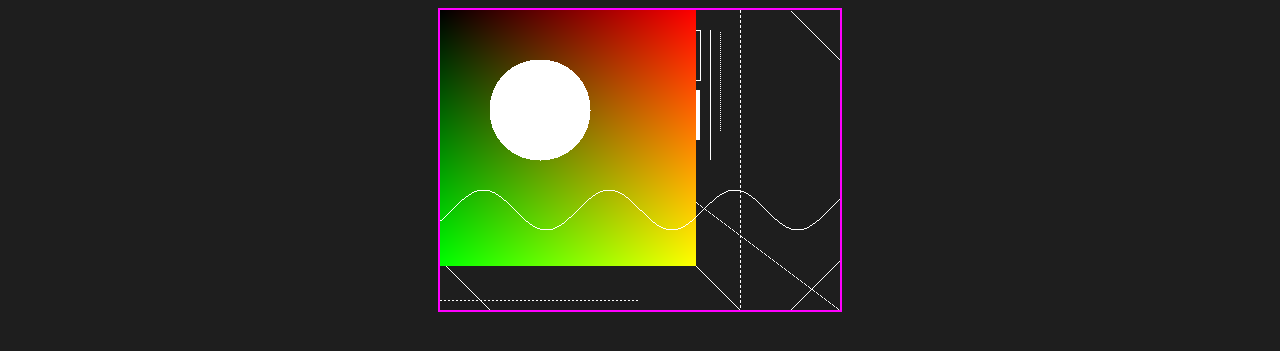
Repository: StarLightGX/miao
Page: paint.html
These files come from the project's save history. The page is drawn as it stood at one moment and after the next save; the edit follows.
The browser window is 1280 px wide. The pictures show the whole page.

Above is the page before, as saved 2020-11-13 17:30:02.

### paint.html
<!DOCTYPE html>
<html lang="en">
  <head>
    <meta charset="UTF-8" />
    <title>画图</title>
    <style>
      html {
        background-color: rgb(30, 30, 30);
      }
      canvas {
        border: 2px solid #f0f;
        display: block;
        margin: auto;
      }
    </style>
  </head>
  <body>
    <canvas width="400" height="300"></canvas>
  </body>
  <script>
    var canvas = document.querySelector("canvas");
    canvas.style.imageRendering = "pixelated";
    var ctx = canvas.getContext("2d");

    function dot(x, y, color = "white") {
      x = x | 0;
      y = y | 0;
      ctx.fillStyle = color;
      ctx.fillRect(x, y, 1, 1);
    }

    function line(x1, y1, x2, y2) {
      ctx.strokeStyle = "black";
      ctx.moveTo(x1, y1);
      ctx.lineTo(x2, y2);
      ctx.stroke();
    }
    /**
   * YOUR TASK
画图的题：
画一条实线
画一条一个实点一个空点的虚线
画一条两个实点两个空点的虚线
画一条三个实点两个空点的虚线
画一条45度的斜线
画一条30度的斜线（选做）
在四个角画分别画一条45度的斜线以让画面看起来像一个相框
画一条跨越画布左上角和右下角的对角线
画一个空心矩形
画一个实心矩形
画一个rgb色彩空间的某一面
画一个空心的圆
画一个实心的圆
画一个大小合适的sin(x)的图像
   */
  </script>
  <script>
    // YOUR CODE GOES BELOW
    var x = 1;
    var y = 1;
    var i = 0;

    // 画一条实线
    for (y = 20; y < 150; y++) {
      x = 270;
      dot(x, y);
    }

    // 画一条一个实点一个空点的虚线
    y = 20;
    for (i = 0; i < 50; i++) {
      y = y + 2;
      x = 280;
      dot(x, y);
    }

    // 画一条两个实点两个空点的虚线
    for (var x = 0; x < 200; x++) {
      if (x % 4 < 2) {
        dot(x, 290);
      }
    }

    // for (i = 0; i < 50; i++) {
    //   y = 4 * (i + 1);
    //   x = 290;
    //   dot(x, y);
    // }

    // for (i = 0; i < 50; i++) {
    //   y = 4 * (i + 1) + 1;
    //   x = 290;
    //   dot(x, y);
    // }

    // 画一条三个实点两个空点的虚线

    for (i = 0; i < 100; i++) {
      y = 5 * (i + 1);
      x = 300;
      dot(x, y - 10);
    }

    for (i = 0; i < 100; i++) {
      y = 5 * (i + 1) + 1;
      x = 300;
      dot(x, y - 10);
    }

    for (i = 0; i < 100; i++) {
      y = 5 * (i + 1) + 2;
      x = 300;
      dot(x, y - 10);
    }

    // 画一条45度的斜线
    y = 0;
    for (i = 0; i < 1050; i++) {
      y = y + 1;
      x = y;
      dot(x, y);
    }
    // 画一条30度的斜线（选做）
    for (var x = 0; x < 200; x++) {
      var y = x / Math.sqrt(3);
      dot(x, y);
    }

    // 在四个角画分别画一条45度的斜线以让画面看起来像一个相框
    y = 0;
    for (i = 0; i < 1050; i++) {
      y = y + 1;
      x = y;
      dot(x - 250, y);
    }
    y = 0;
    for (i = 0; i < 1050; i++) {
      y = y + 1;
      x = y;
      dot(x + 350, y);
    }
    y = 0;
    for (i = 0; i < 1050; i++) {
      y = y + 1;
      x = -y;
      dot(x + 50, y);
    }
    y = 0;
    for (i = 0; i < 1050; i++) {
      y = y + 1;
      x = -y;
      dot(x + 650, y);
    }

    // 画一条跨越画布左上角和右下角的对角线
    y = 0;
    for (i = 0; i < 500; i++) {
      y = y + 1;
      x = (4 / 3) * y;
      dot(x, y);
    }
    // 画一个空心矩形
    y = 20;
    for (i = 0; i < 50; i++) {
      y = y + 1;
      x = 260;
      dot(x, y);
    }
    y = 20;
    for (i = 0; i < 50; i++) {
      y = y + 1;
      x = 230;
      dot(x, y);
    }
    y = 20;
    for (i = 0; i < 31; i++) {
      y = y + 1;
      x = 30;
      dot(y + 209, x - 10);
    }
    y = 20;
    for (i = 0; i < 31; i++) {
      y = y + 1;
      x = 30;
      dot(y + 209, x + 40);
    }
    // 画一个实心矩形

    for (x = 230; x < 260; x++) {
      for (y = 80; y < 130; y++) {
        dot(x, y);
      }
    }

    // 画一个rgb色彩空间的某一面
    for (x = 0; x < 256; x++) {
      for (y = 0; y < 256; y++) {
        dot(x, y, "rgb" + "(" + x + "," + y + "," + 0 + ")");
      }
    }
    // 画一个空心的圆

    for (x = -r; x < r; x = x + 0.1) {
      y = Math.sqrt(r * r - x * x);
      dot(x + 200, y + 200);
      dot(x + 200, -y + 200);
    }
    for (y = -r; y < r; y = y + 0.1) {
      x = Math.sqrt(r * r - y * y);
      dot(x + 200, y + 200);
      dot(-x + 200, y + 200);
    }

    //  for (var theta = 0; theta)
    // 画一个实心的圆
    for (var r = 50; r >= 0; r--) {
      for (x = -r; x < r; x = x + 0.1) {
        y = Math.sqrt(r * r - x * x);
        dot(x + 100, y + 100);
        dot(x + 100, -y + 100);
      }
      for (y = -r; y < r; y = y + 0.1) {
        x = Math.sqrt(r * r - y * y);
        dot(x + 100, y + 100);
        dot(-x + 100, y + 100);
      }
    }
    // 画一个大小合适的sin(x)的图像
    for (x = -500; x < 500; x++) {
      y = 20 * Math.sin(x / 20);
      dot(x + 200, y + 200);
    }
  </script>
</html>

After the next save:
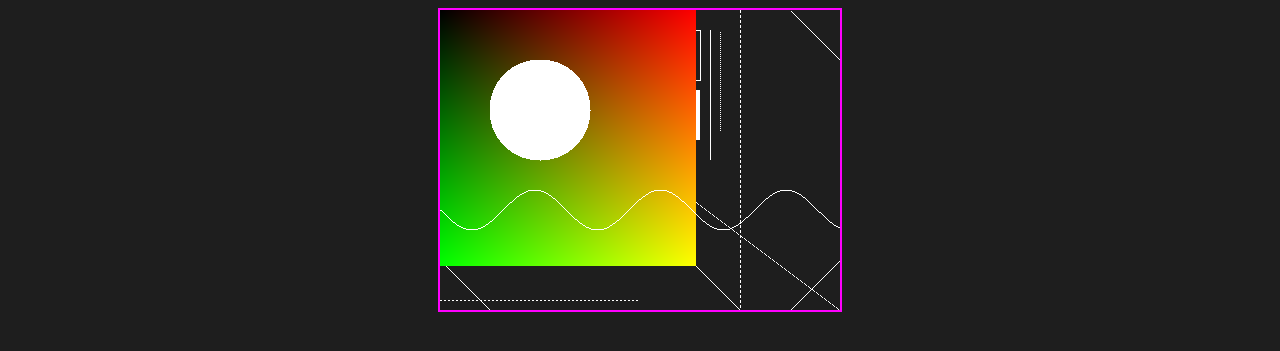
Saved 6 min 57 s later.
--- a/paint.html
+++ b/paint.html
@@ -226,9 +226,9 @@
       }
     }
     // 画一个大小合适的sin(x)的图像
-    for (x = -500; x < 500; x++) {
+    for (x = 0; x < 500; x++) {
       y = 20 * Math.sin(x / 20);
-      dot(x + 200, y + 200);
+      dot(x, y + 200);
     }
   </script>
 </html>
